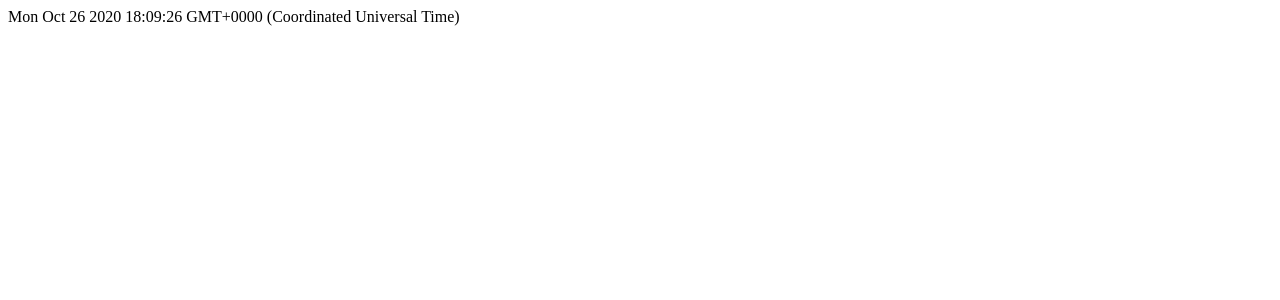
Repository: TeoNogueira/Aulas-Udemy-DevFull-Stack-Por-Jamilton-Damasceno-e-Jorge-Sant-Ana-
Page: public_project/JavaScript/function_native_datas.html
The author's editor kept a copy of each file at every save. The page is drawn from the files as they stood at one save, then again after the next save.
The browser window is 1280 px wide. The pictures show the whole page.

Above is the page before, as saved 2020-10-26 19:16:46.
Console error: ReferenceError: documen is not defined

After the next save:
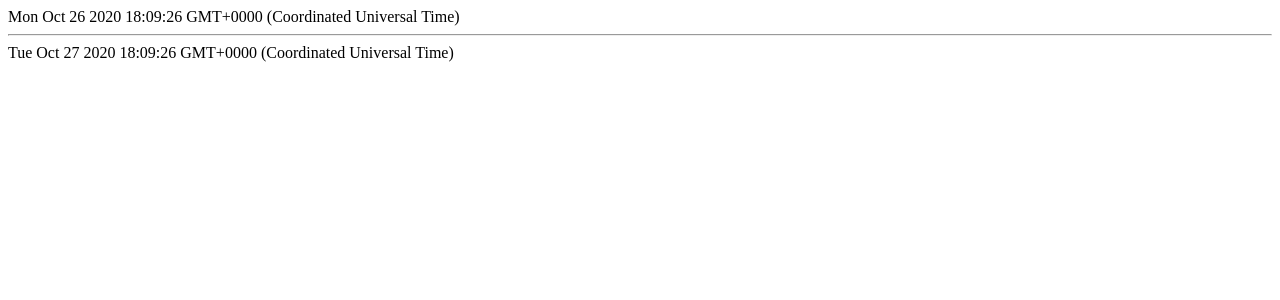
The error is gone.
Saved 17 s later.
--- a/public_project/JavaScript/function_native_datas.html
+++ b/public_project/JavaScript/function_native_datas.html
@@ -24,7 +24,7 @@ document.write(data.toString())
 
 data.setDate(data.getDate() + 1)
 
-documen.write('<hr />')
+document.write('<hr />')
 
 document.write(data.toString())
 
